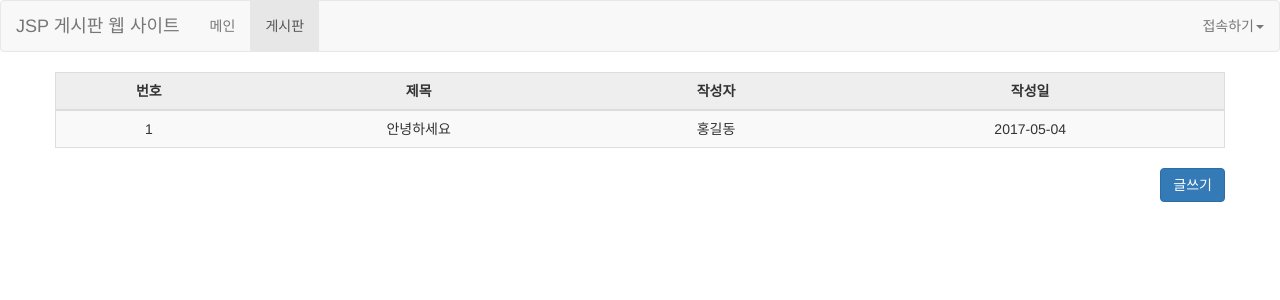
Repository: Jeongyounghyeon/JSP_board
Page: http://localhost/BBS/bbs.jsp
An editor plug-in stored every save of this project. The page is shown before and after the next save, followed by the edit.
The browser window is 1280 px wide. The pictures show the whole page.
Some web libraries are served in a nearby version. The page is served by Tomcat 9. Other server files are loaded and not shown. Queries for data that is not in the repository find no rows.

Above is the page before, as saved 2022-04-07 08:34:27.

### projects/BBS/src/main/webapp/bbs.jsp
<%@ page language="java" contentType="text/html; charset=UTF-8"
    pageEncoding="UTF-8"%>
<%@ page import="java.io.PrintWriter" %>
<!DOCTYPE html>
<html>
<head>
<meta http-equiv="Content-Type" content="text/html; charset=UTF-8">
<meta name="viewport" content="width=device-width", initial-scale="1" >  <!-- 반응형 웹에 사용하는 메타태그 -->
<link rel="stylesheet" href="css/bootstrap.css"> <!-- 참조  -->
<title>JSP 게시판 웹 사이트</title>
</head>
<body>
<%
    String userID = null; // 로그인이 된 사람들은 로그인정보를 담을 수 있도록한다
    if (session.getAttribute("userID") != null)
    {
        userID = (String)session.getAttribute("userID");
    }
%>
    <nav class ="navbar navbar-default">
        <div class="navbar-header"> <!-- 홈페이지의 로고 -->
            <button type="button" class="navbar-toggle collapsed"
                data-toggle="collapse" data-target="#bs-example-navbar-collapse-1"
                aria-expand="false">
                <span class ="icon-bar"></span> <!-- 줄였을때 옆에 짝대기 -->
                <span class ="icon-bar"></span>
                <span class ="icon-bar"></span>
            </button>
            <a class ="navbar-brand" href="main.jsp">JSP 게시판 웹 사이트</a>
        </div>
        <div class="collapse navbar-collapse" id="bs-example-navbar-collapse-1">
            <ul class="nav navbar-nav">
                <li><a href="main.jsp">메인</a></li>
                <li class="active"><a href="bbs.jsp">게시판</a></li>
            </ul>
            <%
            // 접속하기는 로그인이 되어있지 않은 경우만 나오게한다
                if(userID == null)
                {
            %>
            <ul class="nav navbar-nav navbar-right">
                <li class="dropdown">
                <a href="#" class = "dropdown-toggle"
                    data-toggle="dropdown" role ="button" aria-haspopup="true"
                    aria-expanded="false">접속하기<span class="caret"></span></a>
                    <ul class="dropdown-menu">
                        <li><a href="login.jsp">로그인</a></li>
                        <li><a href="join.jsp">회원가입</a></li>
                    </ul>
                </li>
            </ul>
            <%
            // 로그인이 되어있는 사람만 볼수 있는 화면
                } else {
            %>
            <ul class="nav navbar-nav navbar-right">
                <li class="dropdown">
                <a href="#" class = "dropdown-toggle"
                    data-toggle="dropdown" role ="button" aria-haspopup="true"
                    aria-expanded="false">회원관리<span class="caret"></span></a>
                    <ul class="dropdown-menu">
                        <li><a href="loginAction.jsp">로그아웃</a></li>
                    </ul>
                </li>
            </ul>
            <%
                }
            %>
        </div>
    </nav>
    <div class="container">
        <div class="row">
            <table class="table table-striped" style="text-align:center; border:1px solid #dddddd">
                <thead>
                    <tr>
                        <th style="background-color:#eeeeee; text-align:center;">번호</th>
                        <th style="background-color:#eeeeee; text-align:center;">제목</th>
                        <th style="background-color:#eeeeee; text-align:center;">작성자</th>
                        <th style="background-color:#eeeeee; text-align:center;">작성일</th>
                    </tr>
                </thead>
                <tbody>
                    <tr>
                    <td>1</td>
                    <td>안녕하세요</td>
                    <td>홍길동</td>
                    <td>2017-05-04</td>
                    </tr>
                </tbody>

            </table>
            <a href="write.jsp" class="btn btn-primary pull-right">글쓰기</a>
        </div>
    </div>
    <script src="https://code.jquery.com/jquery-3.1.1.min.js"></script>
    <script src="js/bootstrap.js"></script>
</body>
</html>

### projects/BBS/src/main/java/bbs/BbsDAO.java
package bbs;

import java.sql.Connection;
import java.sql.DriverManager;
import java.sql.PreparedStatement;
import java.sql.ResultSet;
import java.util.ArrayList;

public class BbsDAO {

	private Connection conn;			//데이터 베이스에 접근할 수 있게 하는 객체
	private ResultSet rs;				//정보를 담을 수 있는 객체


	//실제로 mysql에 접속하게 해주는 부분
	public BbsDAO() {
		try {
			String dbURL = "jdbc:mysql://localhost:3306/BBS";
			String dbID = "root";
			String dbPassword = "907914";

			// 드라이버 로딩 : mysql 드라이버 로딩
			Class.forName("com.mysql.jdbc.Driver");
			// 드라이버들이 읽히기만 하면 자동 객체가 생성되고 DriverManager에 등록된다.

			//DriverManager.getConnection(연결문자열, DB_ID, DB_PW) 으로 Connection 객체를 생성
			conn = DriverManager.getConnection(dbURL, dbID, dbPassword);
		} catch (Exception e) {
			e.printStackTrace();
		}
	}

	public String getDate() {
		String SQL = "SELECT NOW()";
		try {
			PreparedStatement pstmt = conn.prepareStatement(SQL);
			rs = pstmt.executeQuery();
			if (rs.next()) {
				return rs.getString(1);
			}
		} catch (Exception e) {
			e.printStackTrace();
		}
		return "";	//데이터베이스 오류
	}

	public int getNext() {
		String SQL = "SELECT bbsID FROM BBS ORDER BY bbsID BESC";
		try {
			PreparedStatement pstmt = conn.prepareStatement(SQL);
			rs = pstmt.executeQuery();
			if (rs.next()) {
				return rs.getInt(1) + 1;
			}
		} catch (Exception e) {
			e.printStackTrace();
		}
		return -1;	//데이터베이스 오류
	}

	public int write(String bbsTitle, String userID, String bbsContent) {
		String SQL = "INSERT INTO BBS VALUES (?, ?, ?, ?, ?, ?)";
		try {
			PreparedStatement pstmt = conn.prepareStatement(SQL);
			pstmt.setInt(1, getNext());
			pstmt.setString(2, bbsTitle);
			pstmt.setString(3, userID);
			pstmt.setString(4, getDate());
			pstmt.setString(5, bbsContent);
			pstmt.setInt(6, 1);
			return pstmt.executeUpdate();
		} catch (Exception e) {
			e.printStackTrace();
		}
		return -1;	//데이터베이스 오류
	}

	public ArrayList<Bbs> getList(int pageNumber) {
		String SQL = "SELECT * FROM BBS WHERE bbsID < ? AND bbsAvailable = 1 ORDER BY bbsID DESC LIMIT 10";
		ArrayList<Bbs> list = new ArrayList<Bbs>();
		try {
			PreparedStatement pstmt = conn.prepareStatement(SQL);
			pstmt.setInt(1, getNext() - (pageNumber - 1) * 10);
			rs = pstmt.executeQuery();
			while(rs.next()) {
				Bbs bbs = new Bbs();
				bbs.setBbsID(rs.getInt(1));
				bbs.setBbsTitle(rs.getString(2));
				bbs.setUserID(rs.getString(3));
				bbs.setBbsDate(rs.getString(4));
				bbs.setBbsContent(rs.getString(5));
				bbs.setBbsAvailable(rs.getInt(6));
				list.add(bbs);

			}
		} catch (Exception e) {
			e.printStackTrace();
		}
		return list;	//데이터베이스 오류
	}

	public boolean nextPage(int pageNumber) {
		String SQL = "SELECT * FROM BBS WHERE bbsID < ? AND bbsAvailable = 1 ORDER BY bbsID DESC LIMIT 10";
		ArrayList<Bbs> list = new ArrayList<Bbs>();
		try {
			PreparedStatement pstmt = conn.prepareStatement(SQL);
			pstmt.setInt(1, getNext() - (pageNumber - 1) * 10);
			rs = pstmt.executeQuery();
			if (rs.next()) {
				return true;
			}
		} catch (Exception e) {
			e.printStackTrace();
		}
		return false;	//데이터베이스 오류
	}
}

Loaded but not shown: projects/BBS/src/main/webapp/css/bootstrap.css (library); projects/BBS/src/main/webapp/js/bootstrap.js (library)

After the next save:
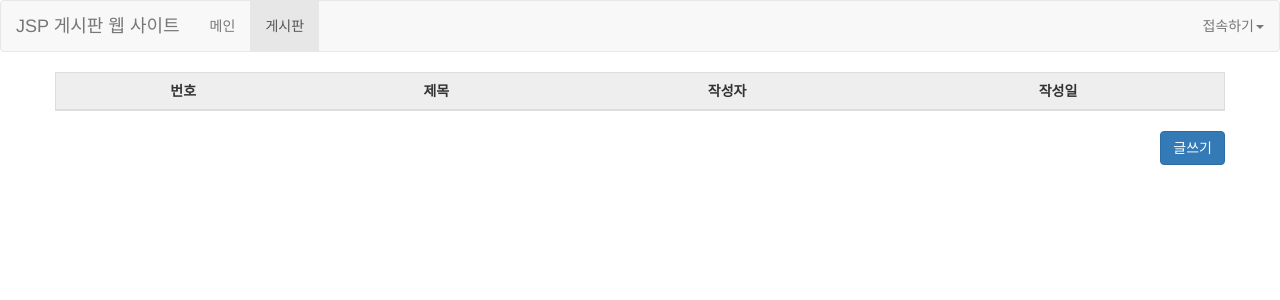
Saved 15 min 11 s later.
--- a/projects/BBS/src/main/webapp/bbs.jsp
+++ b/projects/BBS/src/main/webapp/bbs.jsp
@@ -1,6 +1,9 @@
 <%@ page language="java" contentType="text/html; charset=UTF-8"
     pageEncoding="UTF-8"%>
 <%@ page import="java.io.PrintWriter" %>
+<%@ page import="bbs.BbsDAO" %>
+<%@ page import="bbs.Bbs" %>
+<%@ page import="java.util.ArrayList" %>
 <!DOCTYPE html>
 <html>
 <head>
@@ -15,6 +18,10 @@
     if (session.getAttribute("userID") != null)
     {
         userID = (String)session.getAttribute("userID");
+    }
+    int pageNumber = 1;
+    if (request.getParameter("pageNumber") != null) {
+    	pageNumber = Integer.parseInt(request.getParameter("pageNumber"));
     }
 %>
     <nav class ="navbar navbar-default">
@@ -80,12 +87,20 @@
                     </tr>
                 </thead>
                 <tbody>
+              	  	<%
+                		BbsDAO bbsDAO = new BbsDAO();
+              	  		ArrayList<Bbs> list = bbsDAO.getList(pageNumber);
+              	  		for(int i = 0; i < list.size(); i++) {
+               		 %>
                     <tr>
-                    <td>1</td>
-                    <td>안녕하세요</td>
-                    <td>홍길동</td>
-                    <td>2017-05-04</td>
+                    <td><%= list.get(i).getBbsID() %></td>
+                    <td><a href = "view.jsp?bbsID=<%= list.get(i).getBbsID() %>"> <%= list.get(i).getBbsTitle() %></a></td>
+                    <td><%= list.get(i).getUserID() %></td>
+                    <td><%= list.get(i).getBbsDate().substring(0,11) + list.get(i).getBbsDate().substring(11,13)+ "시" + list.get(i).getBbsDate().substring(14,16) + "분" %></td>
                     </tr>
+                    <%
+              	  		}
+                    %>
                 </tbody>
 
             </table>
